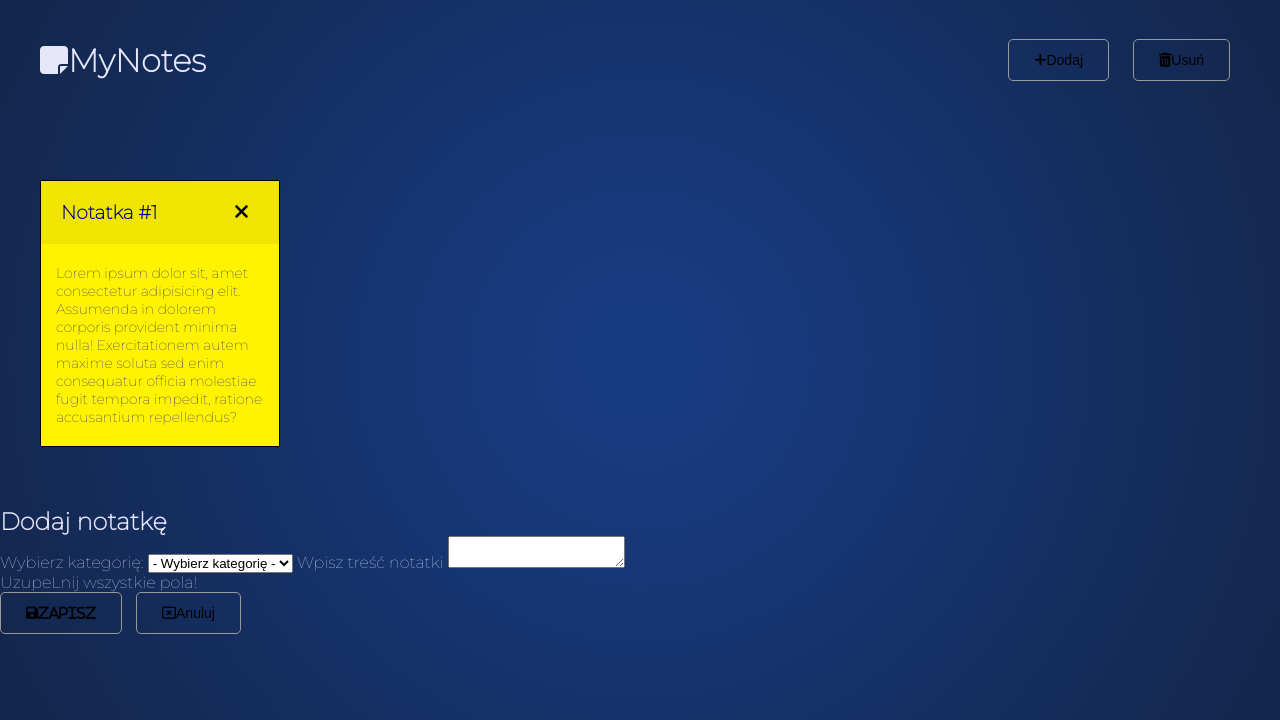
Repository: KrzysKolo/Projekt-7_Notes
Page: js/index.html
An editor plug-in stored every save of this project. The page is shown before and after the next save, followed by the edit.
The browser window is 1280 px wide. The pictures show the whole page.
Some web libraries are served in a nearby version.

Above is the page before, as saved 2020-07-07 13:53:52.
Console error: SyntaxError: Unexpected token '<'

### js/index.html
<!DOCTYPE html>
<html lang="en">
  <head>
    <meta charset="UTF-8" />
    <meta name="viewport" content="width=device-width, initial-scale=1.0" />
    <title>projekt 6 - My notes</title>
    <script
      src="https://kit.fontawesome.com/21efeaf281.js"
      crossorigin="anonymous"
    ></script>
    <link
      href="https://fonts.googleapis.com/css2?family=Montserrat:wght@100&display=swap"
      rel="stylesheet"
    />
    <link rel="stylesheet" href="./../css/style.css" />
  </head>
  <body>
    <div class="menu">
      <h1><i class="fas fa-sticky-note"></i>MyNotes</h1>
      <div class="menu-buttons">
        <button class="add icon"><i class="fas fa-plus"></i>Dodaj</button>
        <button class="delete-all icon">
          <i class="fas fa-trash-alt"></i>Usuń
        </button>
      </div>
    </div>

    <div class="note-area">
      <div class="note">
        <div class="note-header">
          <h3 class="note-title">Notatka #1</h3>
          <button class="delete-note"><i class="fas fa-times icon"></i></button>
        </div>

        <div class="note-body">
          Lorem ipsum dolor sit, amet consectetur adipisicing elit. Assumenda in
          dolorem corporis provident minima nulla! Exercitationem autem maxime
          soluta sed enim consequatur officia molestiae fugit tempora impedit,
          ratione accusantium repellendus?
        </div>
      </div>
    </div>

    <div class="note-panel">
      <h2>Dodaj notatkę</h2>
      <label for="category">Wybierz kategorię: </label>
      <select id="category">
        <option value="0" disabled selected>- Wybierz kategorię -</option>
        <option value="1">Praca</option>
        <option value="2">Dom</option>
        <option value="3">Zakupy</option>
        <option value="4">Inne</option>
      </select>

      <label for="text">Wpisz treść notatki</label>
      <textarea id="text"></textarea>

      <p class="error">UzupeLnij wszystkie pola!</p>
      <div class="panel-buttons">
        <button class="save icon"><i class="fas fa-save">Zapisz</i></button>
        <button class="cancel icon">
          <i class="far fa-window-close"></i>Anuluj
        </button>
      </div>
    </div>
    <script src="./../js/index.html"></script>
  </body>
</html>

### css/style.css
* {
  box-sizing: border-box;
  padding: 0;
  margin: 0;
}
body {
  height: 100vh;
  font-family: "Montserrat", sans-serif;
  background-image: radial-gradient(
    circle,
    rgba(24, 60, 132, 1) 5%,
    rgba(19, 38, 75, 1) 100%
  );
  color: lavender;
}
.menu {
  display: flex;
  justify-content: space-between;
  align-items: center;
  padding: 40px;
  height: 120px;
}
.menu button,
.note-panel .save,
.note-panel .cancel {
  padding: 12px 25px;
  background: none;
  border: 1px solid #999;
  border-radius: 5px;
  font-size: 14px;
  cursor: pointer;
  transition: background-color 0.3s, color 0.3s;
}
.menu button:hover,
.note-panel .save:hover,
.note-panel .cancel:hover {
  background-color: navy;
  color: paleturquoise;
}
.icon {
  margin-right: 10px;
}
.add {
  margin-right: 20px;
}
.note-area {
  display: flex;
  /*align-items: start;*/
  flex-wrap: wrap;
  padding: 20px;
}
.note {
  margin: 40px 20px;
  width: 240px;
  background-color: rgb(255, 243, 0);
  color: darkblue;
  border: 1px solid black;
}
.note-header {
  display: flex;
  justify-content: space-between;
  align-items: center;
  padding: 20px;
  background-color: rgba(0, 0, 0, 0.06);
}
.note-header .delete-note {
  background: none;
  font-size: 20px;
  border: none;
  cursor: pointer;
}
.note-body {
  padding: 20px 15px;
  font-size: 14px;
}

After the next save:
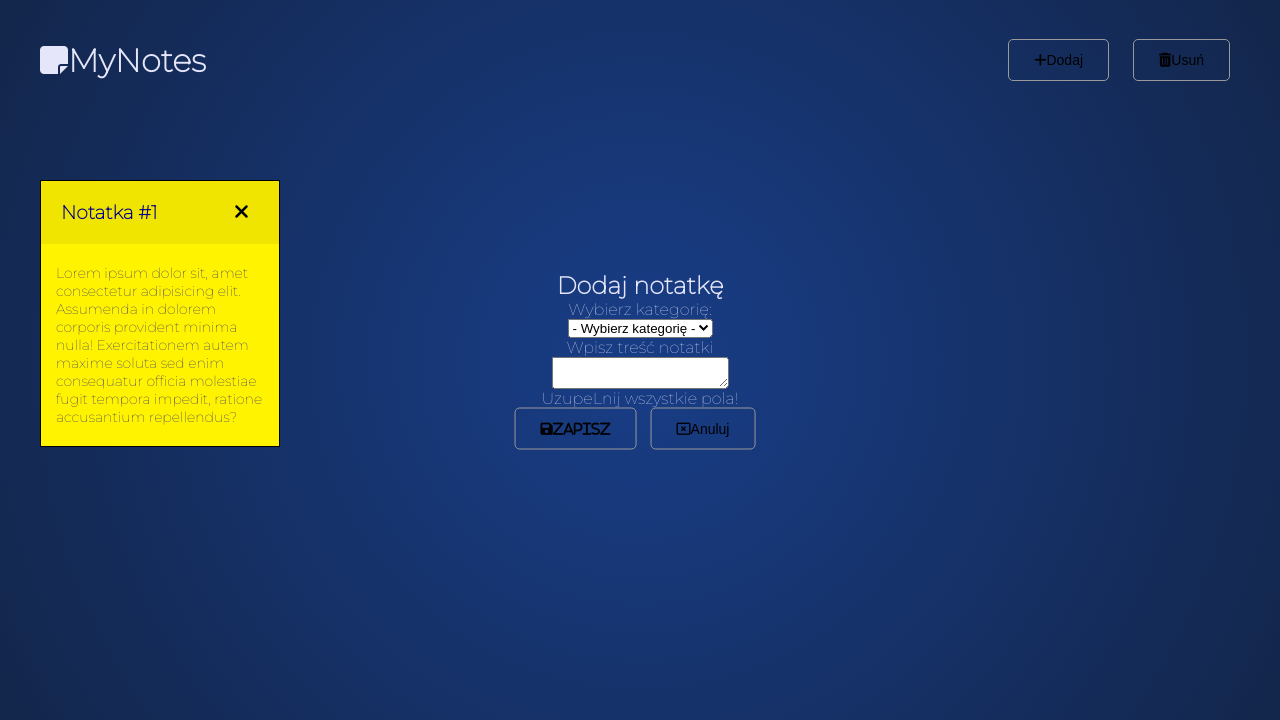
Saved 97 s later.
--- a/css/style.css
+++ b/css/style.css
@@ -73,3 +73,13 @@ body {
   padding: 20px 15px;
   font-size: 14px;
 }
+.note-panel {
+  display: flex;
+  justify-content: center;
+  align-items: center;
+  flex-direction: column;
+  position: absolute;
+  top: 50%;
+  left: 50%;
+  transform: translate(-50%, -50%);
+}
